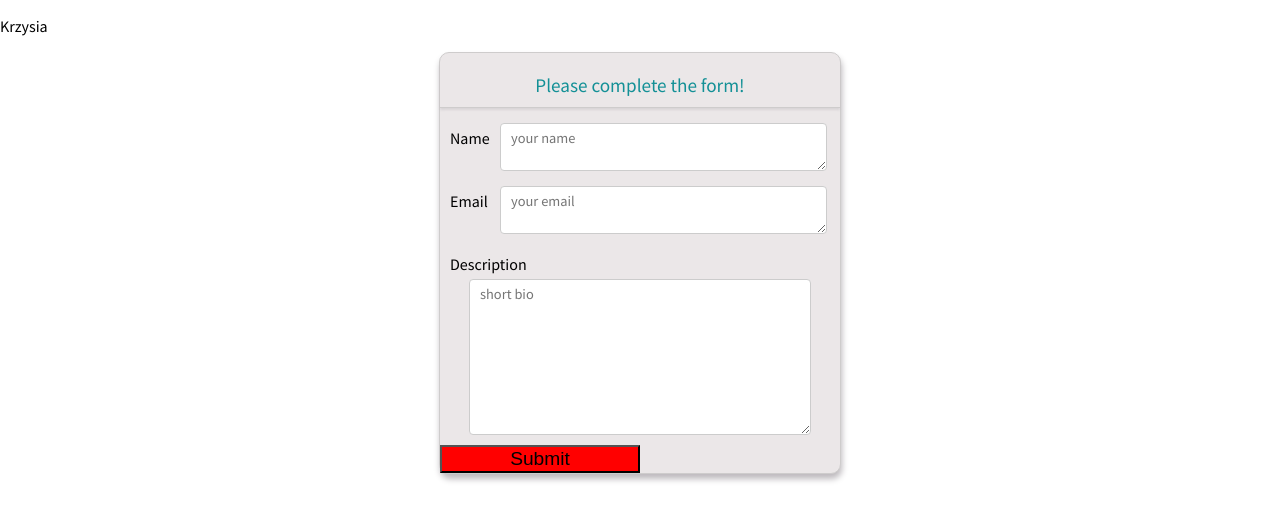
Repository: KrzysKolo/sr_tydzien4_zad2
Page: /
An editor plug-in stored every save of this project. The page is shown before and after the next save, followed by the edit.
The browser window is 1280 px wide. The pictures show the whole page.
The project was rebuilt for these pictures with package versions that can differ from the ones it lists, and the page was loaded fresh each time. Also part of the build but not shown: src/components/formComponents/ErrorMessage.js, src/components/formComponents/Message.js.

Above is the page before, as saved 2020-11-27 17:29:05.

### src/index.css
@import url("https://fonts.googleapis.com/css?family=Source+Sans+Pro");
body {
  margin: 0;
  font-family: "Source Sans Pro", sans-serif;
}

code {
  font-family: source-code-pro, Menlo, Monaco, Consolas, "Courier New",
    monospace;
}

### src/App.js
import React from 'react'
import Form from './components/Form';

function App() {
  return (
    <div>
      <p>Krzysia</p>
      <Form />
    </div>
  )
}

export default App

### src/components/Form.js
import React, { Component } from 'react';
import Input from './formComponents/Input';
import TextArea from './formComponents/TextArea';
import Button from './formComponents/Button';
import Header from './formComponents/Header';
import Message from './formComponents/Message';
import styled from 'styled-components';

const ContainerForm = styled.form`
width: 80%;
max-width: 400px;
background: rgb(235, 231, 232);
border: 1px solid rgb(206, 204, 204);
border-radius: 10px;
box-shadow: 1px 5px 6px rgb(189, 185, 189);
margin: 0 auto;
`;

class Form extends Component {

state = {
    Name: '',
    Email: '',
    Description: '',
    message: '',
    errors: {
        Name: false,
        Email: false,
        Description: false,
        }
}
message = {
    Name_incorrect: "Nazwa musi być dłuższa niż 5 znaków i nie może zawierać spacji",
    Email_incorrect: "Brak @ lub adres zawiera spacje",
    Description_incorrect: "Opis musi zawierać co najmniej 3 znaki",
}

handleChange = e =>{
    const inputName = e.target.name;
    const type = e.target.type
    if(type === "text" || type === "email") {
        const value = e.target.value;
        this.setState({
            [inputName] : value,
        })
    }
}
onSubmit = e => {
    e.preventDefault();
    const validation = this.formValidation();
    if(validation.correct) {
      this.setState({
        Name: "",
        Email: "",
        Description: '',
        message: "The form has been submitted!",
        errors: {
          Name: false,
          Email: false,
          Description: false,
        }
      })
      console.log(this.state.message);
    } else {
      this.setState({
        errors: {
          Name: !validation.Name,
          Email: !validation.Email,
          Description: !validation.Description,
        }
      })
    }
}

formValidation = () => {
    let Name = false;
    let Email = false;
    let Description = false;
    let correct = false;
    if(this.state.Name.length > 5) {
      Name = true;
    }
    if(this.state.Email.indexOf('@') !== -1 && this.state.Email.lastIndexOf(' ') === -1) {
      Email = true;
    }
    if(this.state.Description.length >= 3) {
      Description = true;
    }
    if (Name && Email && Description){
        correct = true;
      }
   return ({
      Name,
      Email,
      Description,
      correct,

    })

  }

    render () {

    return (
        <ContainerForm onSubmit={this.onSubmit} noValidate>
          <Header />
          <Input type="text" placeholder="your name" value={this.state.Name} name="Name" onChange={this.handleChange} errorInfo={this.state.errors.Name} message={this.message.Name_incorrect} />
          <Input type="email" placeholder="your email" value={this.state.Email} name="Email" onChange={this.handleChange} errorInfo={this.state.errors.Email} message={this.message.Email_incorrect} />
          <TextArea  rows="8" placeholder="short bio" value={this.state.Description} name="Description" onChange={this.handleChange} errorInfo={this.state.errors.Description} message={this.message.Description_incorrect} />
          <Button type="submit" />
          {this.state.message && <Message message={this.state.message} /> }
        </ContainerForm>
    )
    }
}

export default Form

### src/components/formComponents/Input.js
import React from 'react'
import styled from 'styled-components';
import ErrorMessage from './ErrorMessage';

const TextAreaDiv = styled.div`
    display: flex;
    flex-direction: row;
    align-content: center;
    margin: 0 auto;
    padding-top: 5px;

`;
const TextAreaLabel = styled.label`
    width: 10%;
    font-size: 1rem;
    padding: 5px 10px;
`;
const inputStyles = errorInfo => `
    width: 80%;
    max-width: 305px;
    padding: 5px 10px;
    border: 1px solid ${errorInfo ? '#d3170d' : '#ccc'};
    border-radius: 4px;
    font-family: inherit;
    font-size: 0.9rem;
    ${!errorInfo && 'margin-bottom: 10px;'}
`;
const TextAreaError = styled.textarea`
    ${props => inputStyles(props.errorInfo)}
`;

const Input = (props) => {
    const { name, message, errorInfo }= props;
    return (
        <>
            <TextAreaDiv>
                <TextAreaLabel>{name} </TextAreaLabel>
                <TextAreaError {...props} errorInfo={errorInfo} message={message}/>
            </TextAreaDiv>
            {errorInfo && <ErrorMessage message={message} /> }
        </>
    )

}

export default Input;

### src/components/formComponents/TextArea.js
import React from 'react'
import styled from 'styled-components';
import ErrorMessage from './ErrorMessage';

const TextAreaDiv = styled.div`
    display: flex;
    flex-direction: column;
    align-content: center;
    margin: 0 auto;
    padding-top: 5px;

`;
const TextAreaLabel = styled.label`
    width: 10%;
    font-size: 1rem;
    padding: 5px 10px;
`;
const textAreaStyles = errorInfo => `
    width: 80%;
    max-width: 350px;
    margin: 0 auto;
    padding: 5px 10px;
    border: 1px solid ${errorInfo ? '#d3170d' : '#ccc'};
    border-radius: 4px;
    font-family: inherit;
    font-size: 0.9rem;
    ${!errorInfo && 'margin-bottom: 10px;'}
`;
const TextAreaError = styled.textarea`
    ${props => textAreaStyles(props.errorInfo)}
`;

const Input = (props) => {
    const { name, message, errorInfo }= props;
    return (
        <>
            <TextAreaDiv>
                <TextAreaLabel>{name} </TextAreaLabel>
                <TextAreaError {...props} errorInfo={errorInfo} message={message}/>
            </TextAreaDiv>
            {errorInfo && <ErrorMessage message={message} /> }
        </>
    )

}

export default Input;

### src/components/formComponents/Button.js
import React from 'react'
import styled from 'styled-components';

const BtnSubmit = styled.button`
 width: 200px;
 background: red;
 font-size: 1.2rem;
`;

const Button = () => {
    return (
        <BtnSubmit>Submit</BtnSubmit>
    )
}

export default Button;

### src/components/formComponents/Header.js
import React from 'react';
import styled from 'styled-components';

const HeaderTitle = styled.header`
    border-bottom: 1px solid rgb(206, 204, 204);
    box-shadow: 0 2px 2px rgba(189, 185, 189, 0.4);
    color: rgb(19, 144, 150);
    font-size: 1.2rem;
    font-wight: 900;
    padding: 10px;
    margin: 10px auto;
    text-align: center;

`;

const Header = () => {
    return (
        <HeaderTitle>
            Please complete the form!
        </HeaderTitle>
    )
}

export default Header;

Loaded but not shown: public/index.html (common file); src/index.js (common file)

After the next save:
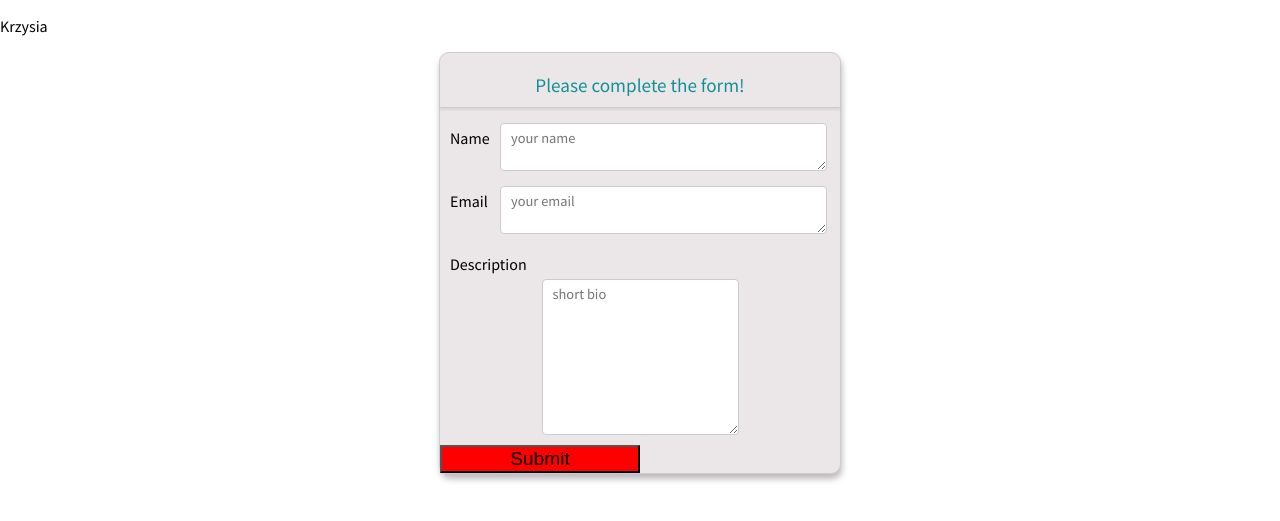
Saved 23 s later.
--- a/src/components/formComponents/TextArea.js
+++ b/src/components/formComponents/TextArea.js
@@ -16,8 +16,7 @@ const TextAreaLabel = styled.label`
     padding: 5px 10px;
 `;
 const textAreaStyles = errorInfo => `
-    width: 80%;
-    max-width: 350px;
+    max-width: 400px;
     margin: 0 auto;
     padding: 5px 10px;
     border: 1px solid ${errorInfo ? '#d3170d' : '#ccc'};
